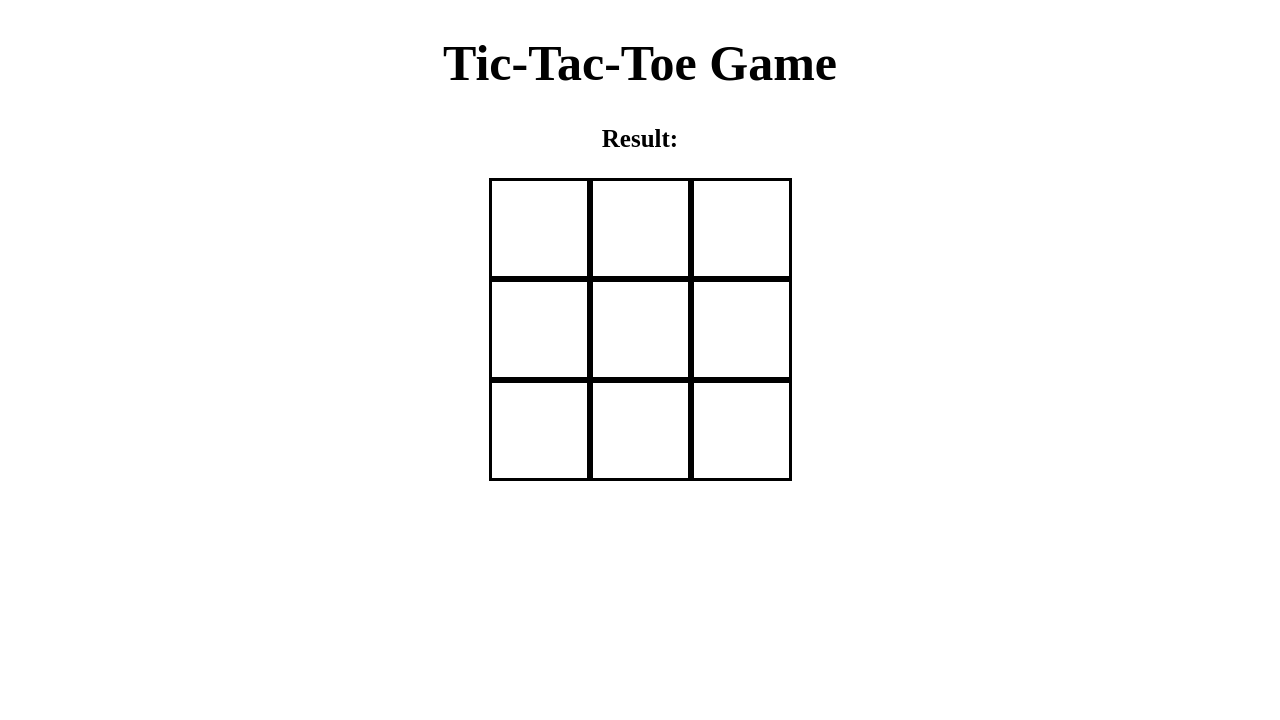
Repository: 0101chaitanya/Tic-Tac-Toe
Page: index.html
These files come from the project's save history. The page is drawn as it stood at one moment and after the next save; the edit follows.
The browser window is 1280 px wide. The pictures show the whole page.

Above is the page before, as saved 2021-06-09 18:21:21.

After the next save:
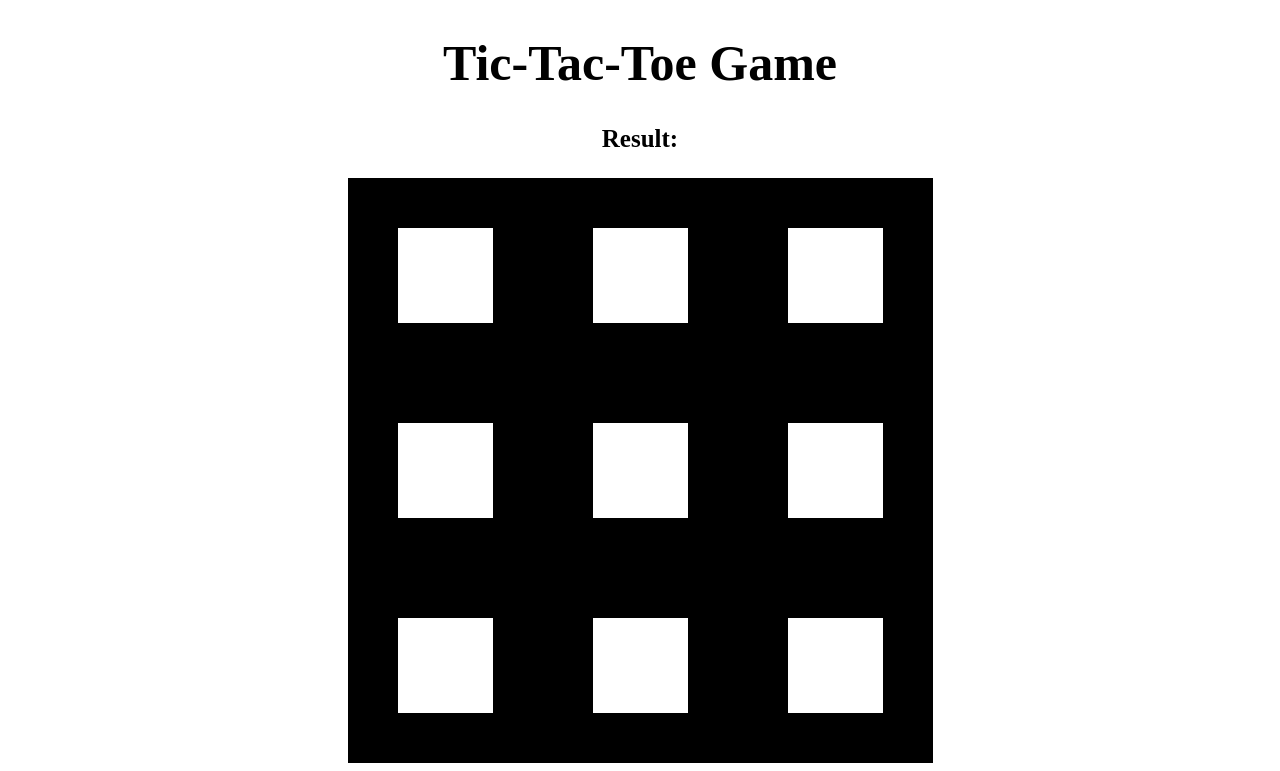
Saved 14 s later.
--- a/styles.css
+++ b/styles.css
@@ -42,6 +42,6 @@
     width:3.8rem;
     height:3.8rem;
 border-style:solid;
-
+border-width: 2rem;
 
 }

After the 2 saves that followed:
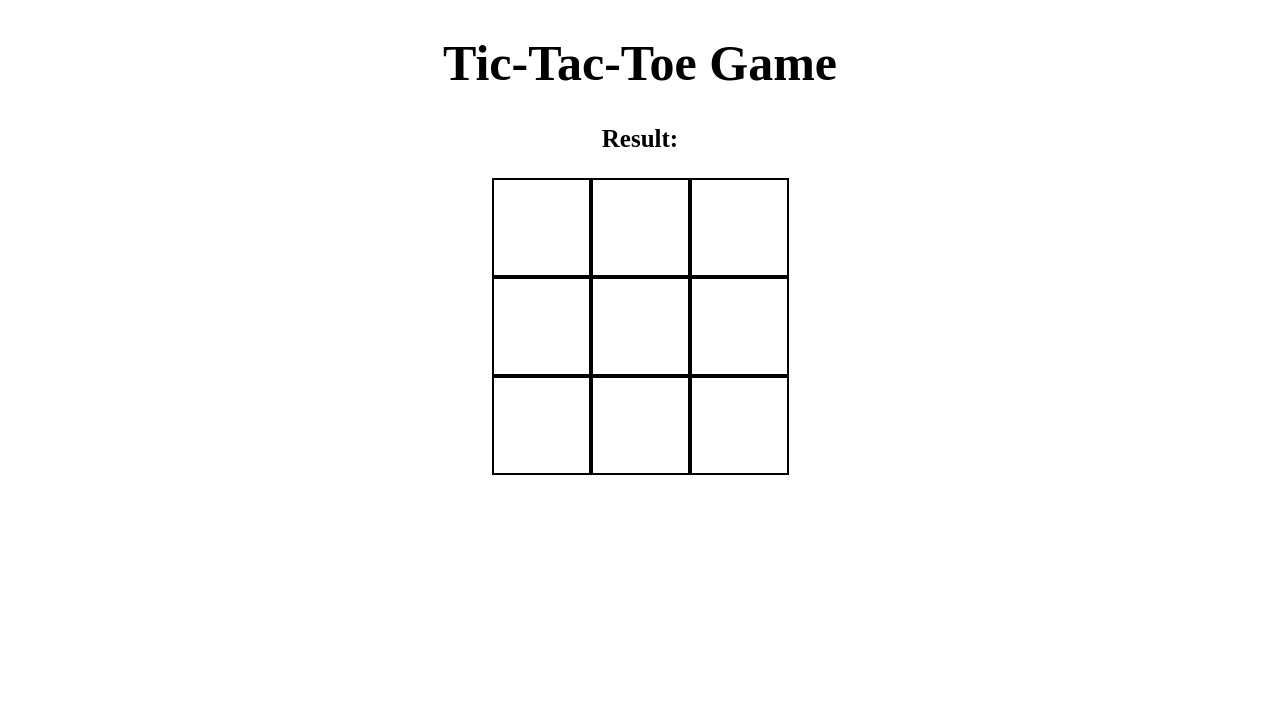
The 2 saves are shown as one change because they came seconds apart.
The last was saved 7 s later.
--- a/styles.css
+++ b/styles.css
@@ -42,6 +42,6 @@
     width:3.8rem;
     height:3.8rem;
 border-style:solid;
-border-width: 2rem;
+border-width: 0.1rem;
 
 }
